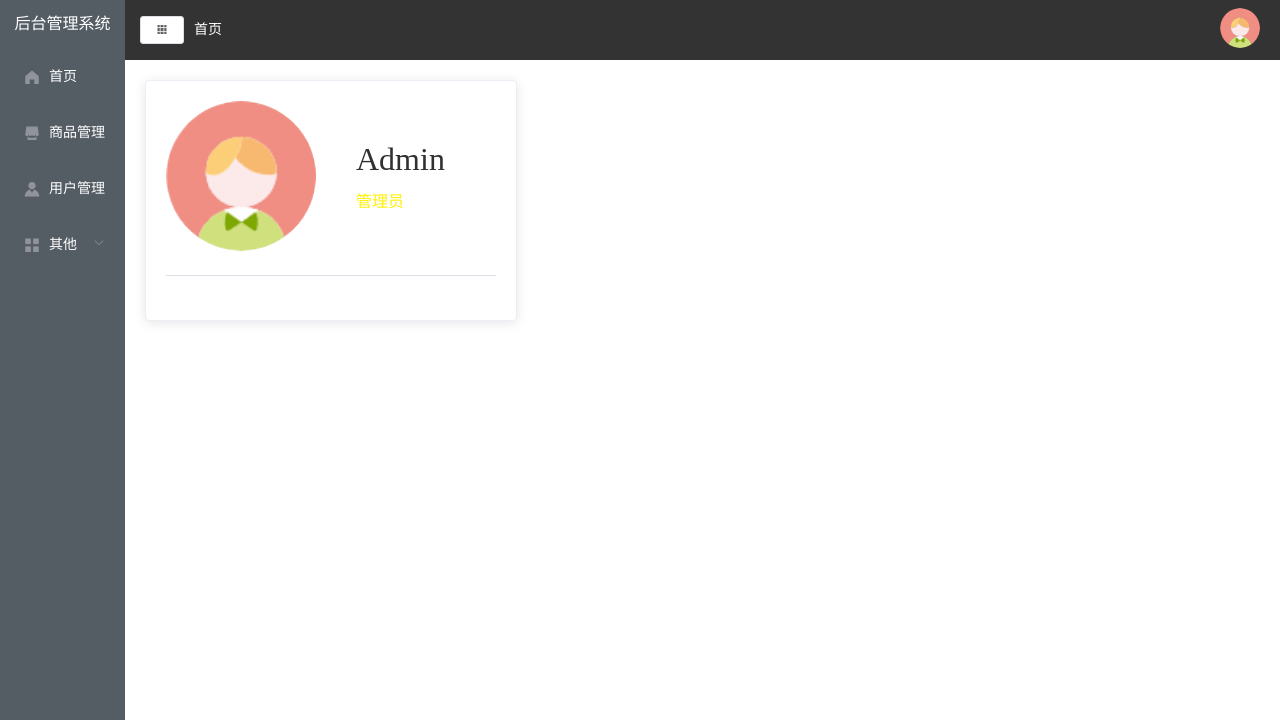
Repository: tkqi/manage
Page: /
These files come from the project's save history. The page is drawn as it stood at one moment and after the next save; the edit follows.
The browser window is 1280 px wide. The pictures show the whole page.
The project was rebuilt for these pictures with package versions that can differ from the ones it lists, and the page was loaded fresh each time. Also part of the build but not shown: vue.config.js.

Above is the page before, as saved 2023-12-03 15:54:42.

After the next save:
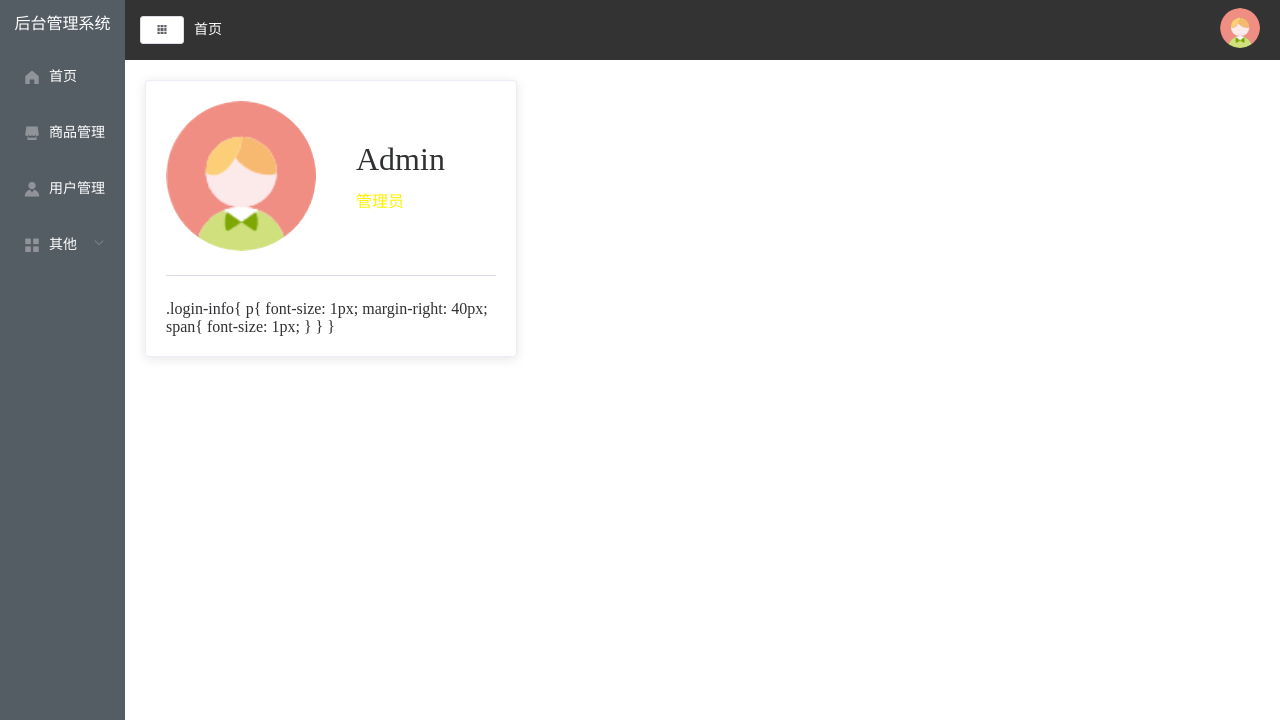
Saved 7 s later.
--- a/src/views/Home.vue
+++ b/src/views/Home.vue
@@ -13,7 +13,15 @@
                     </div>
                     <el-divider></el-divider>
                     <div class="login-info">
-
+                        .login-info{
+        p{
+            font-size: 1px;
+            margin-right: 40px;
+            span{
+                font-size: 1px;
+            }
+        }
+    }
                     </div>
                 </el-card>
             </div>
